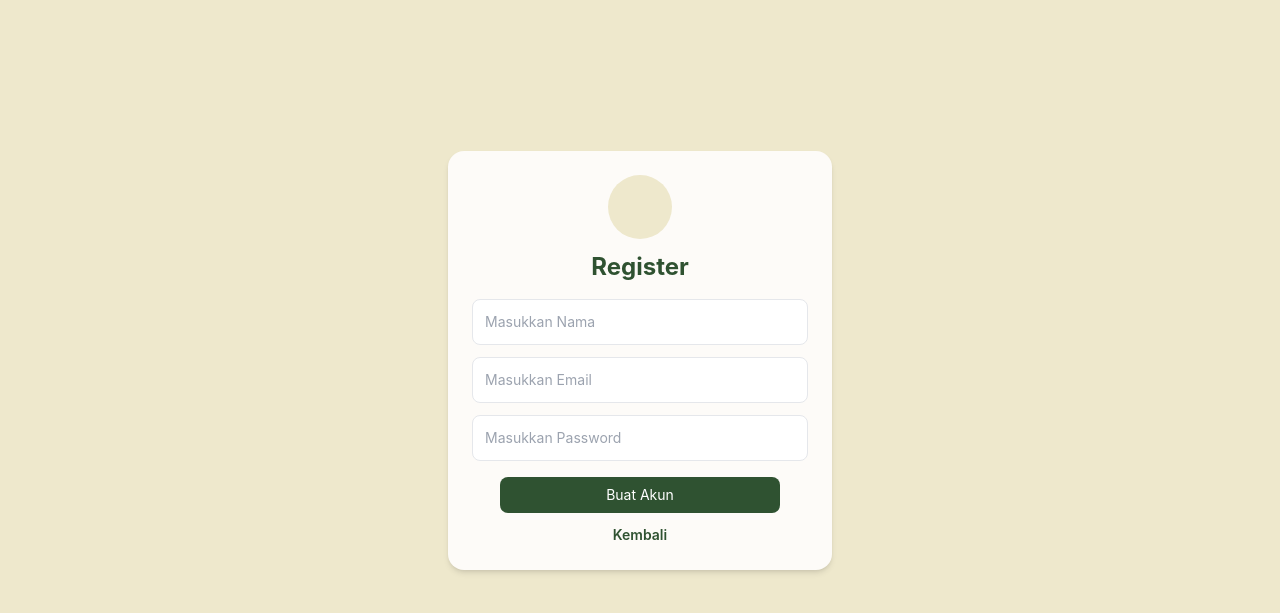
Repository: PajarAland/DiagramCoffee
Page: /register
The author's editor kept a copy of each file at every save. The page is drawn from the files as they stood at one save, then again after the next save.
The browser window is 1280 px wide. The pictures show the whole page.
The project was rebuilt for these pictures with package versions that can differ from the ones it lists, and the page was loaded fresh each time. Also part of the build but not shown: vite.config.js, src/pages/Landing.jsx, src/pages/Login.jsx.

Above is the page before, as saved 2026-04-25 02:03:26.

After the next save:
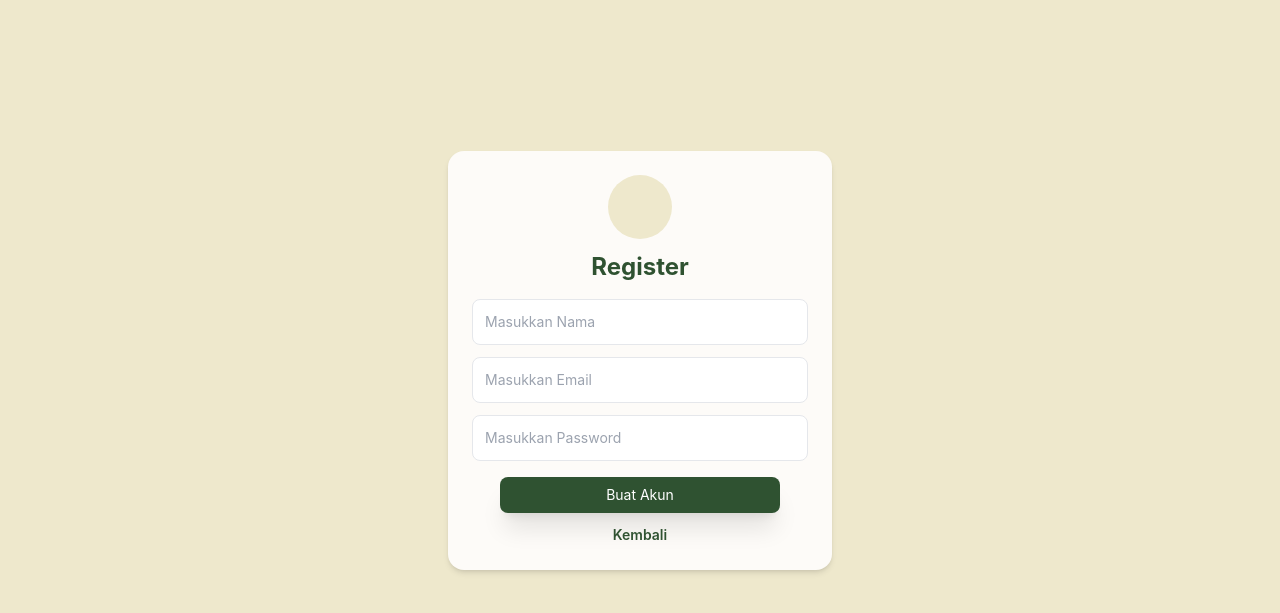
Saved 8 min 21 s later.
--- a/src/pages/Register.jsx
+++ b/src/pages/Register.jsx
@@ -52,7 +52,7 @@
             {/* Button */}
             <button
                 type="submit"
-                className="w-10/12 bg-[#2F5231] text-sm text-white py-2 rounded-lg !mt-4"
+                className="w-10/12 bg-[#2F5231] text-sm text-white py-2 rounded-lg shadow-xl !mt-4"
             >
                 Buat Akun
             </button>

After the 2 saves that followed:
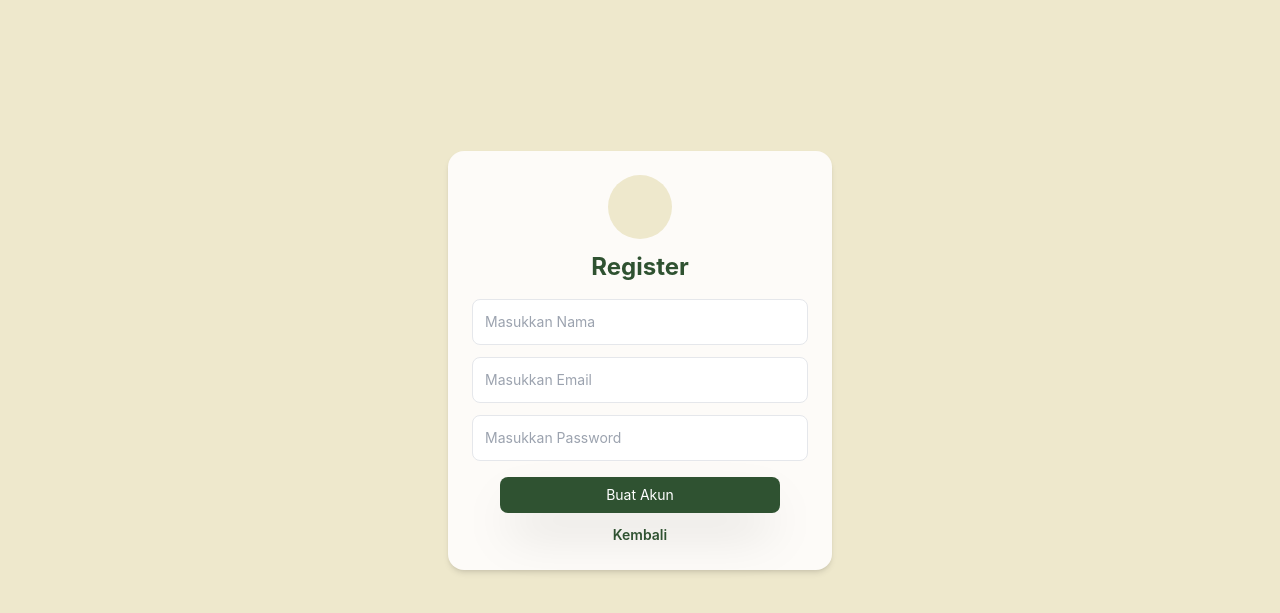
The 2 saves are shown as one change because 1 left the picture as it was.
The last was saved 26 s later.
--- a/src/pages/Register.jsx
+++ b/src/pages/Register.jsx
@@ -52,7 +52,7 @@
             {/* Button */}
             <button
                 type="submit"
-                className="w-10/12 bg-[#2F5231] text-sm text-white py-2 rounded-lg shadow-xl !mt-4"
+                className="w-10/12 bg-[#2F5231] text-sm text-white py-2 rounded-lg !shadow-2xl !mt-4"
             >
                 Buat Akun
             </button>
